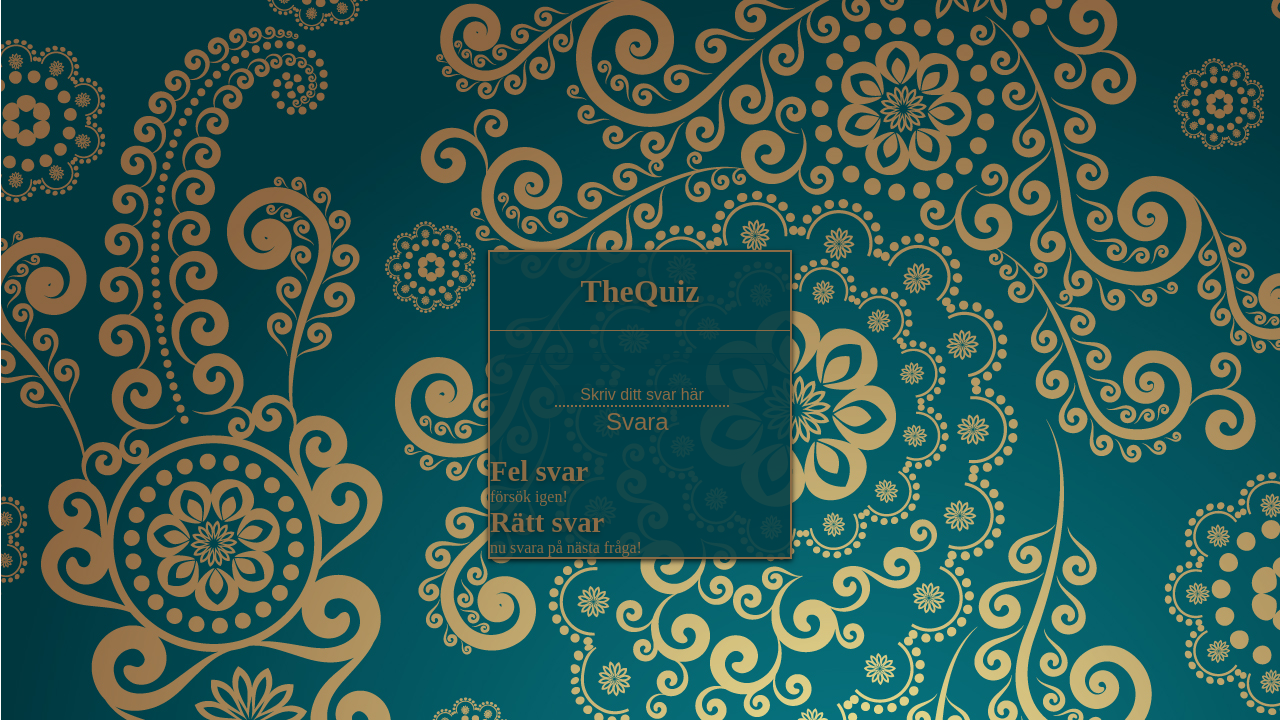
Repository: RebeccaFransson/1dv403-laborationer
Page: 4-thequiz/index.html
The author's editor kept a record of every edit. The page is drawn from the files as they stood at one moment, then again after the next edit.
The browser window is 1280 px wide. The pictures show the whole page.

Above is the page before.
Console error: SyntaxError: Unexpected token ')'

After the next edit:
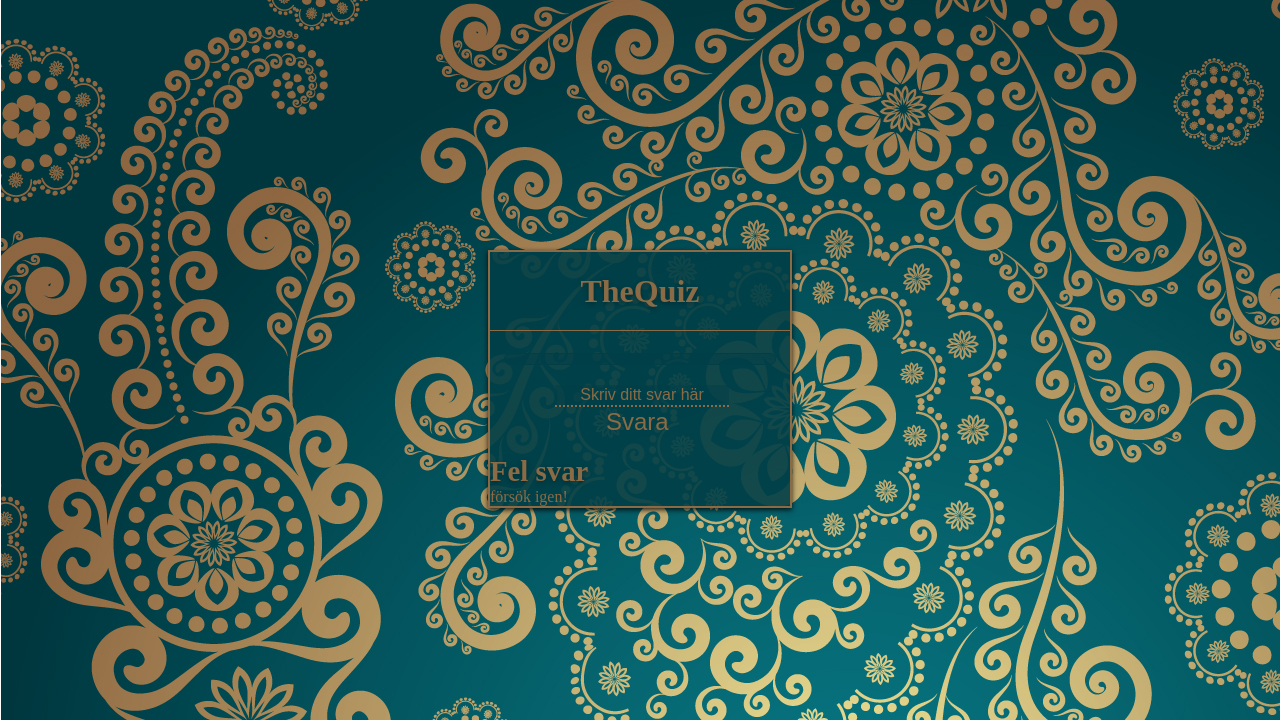
The edit:
--- a/4-thequiz/index.html
+++ b/4-thequiz/index.html
@@ -21,8 +21,7 @@
         <div id="wrong" class="hidden" >
             <h2>Fel svar</h2> försök igen!
         </div>
-        <div id="right" class="hidden" >
-            <h2>Rätt svar</h2> nu svara på nästa fråga!
+        <div id="right" class="hidden">
         </div>
 
  		</div>
